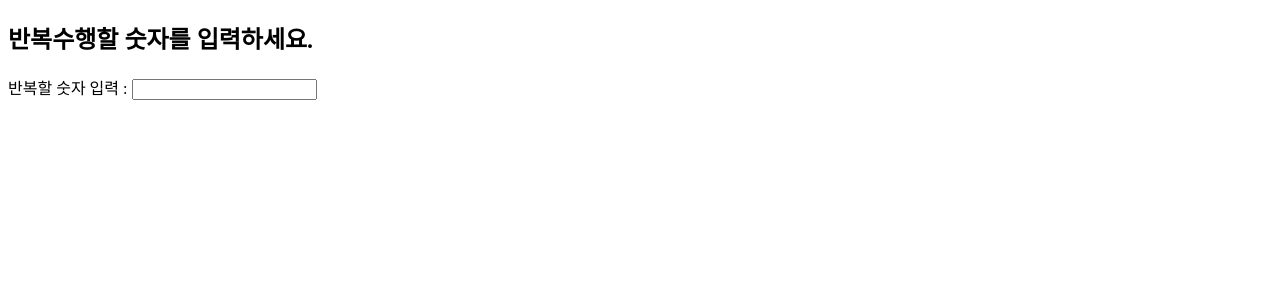
Repository: gugucon-hwan/ForStudyJSP
Page: http://localhost/StudyBasicJSP/ch06/ex06-04Form.jsp
These files come from the project's save history. The page is drawn as it stood at one moment and after a run of saves; the edit follows.
The browser window is 1280 px wide. The pictures show the whole page.
The page is served by Tomcat 9. Other server files are loaded and not shown.

Above is the page before, as saved 2020-08-15 16:08:54.

### StudyBasicJSP/WebContent/ch06/ex06-04Form.jsp
<%@ page language="java" contentType="text/html; charset=UTF-8"
    pageEncoding="UTF-8"%>
<!DOCTYPE html>
<html>
<head>
<meta charset="UTF-8">
<title>ex06-04Form.jsp</title>
</head>
<body>
	<h2>반복수행할 숫자를 입력하세요.</h2>
	<form method="post" action="ex06-04Pro.jsp">
	반복할 숫자 입력 : <input type="text" name="localNum">

	</form>
</body>
</html>

After the next 2 saves:
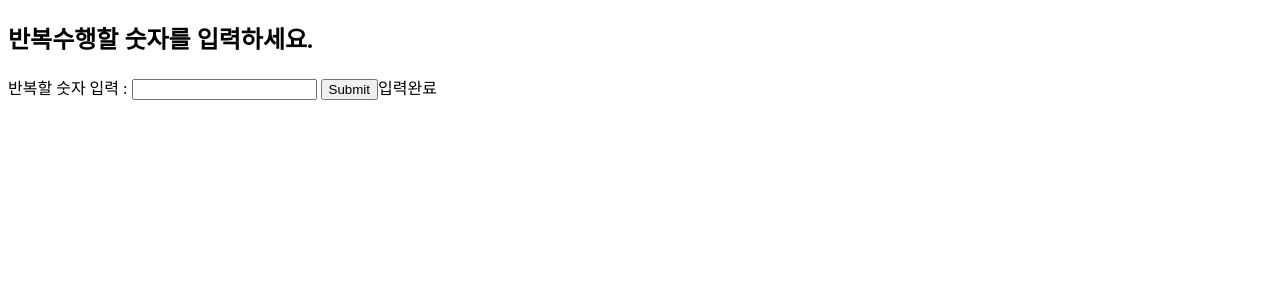
The 2 saves are shown as one change because they came seconds apart.
The last was saved 40 s later.
--- a/StudyBasicJSP/WebContent/ch06/ex06-04Form.jsp
+++ b/StudyBasicJSP/WebContent/ch06/ex06-04Form.jsp
@@ -10,7 +10,7 @@
 	<h2>반복수행할 숫자를 입력하세요.</h2>
 	<form method="post" action="ex06-04Pro.jsp">
 	반복할 숫자 입력 : <input type="text" name="localNum">
-
+	<input type="submit">입력완료
 	</form>
 </body>
 </html>
